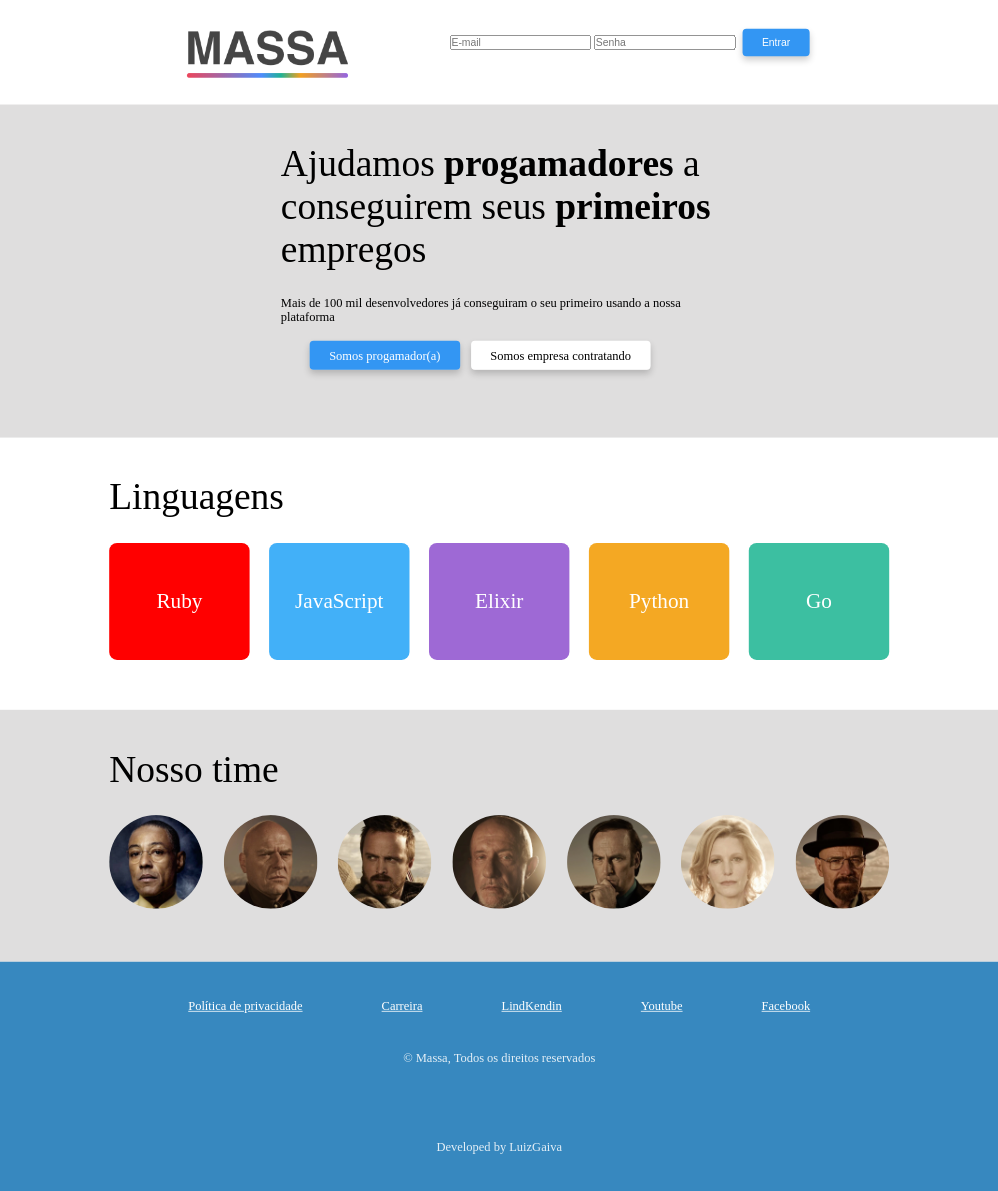
Repository: luizgaivaa/ProjetoSite
Page: index.html
The author's editor kept a copy of each file at every save. The page is drawn from the files as they stood at one save, then again after the next save.
The browser window is 1280 px wide. The pictures show the whole page, at 78% of full size.

Above is the page before, as saved 2024-03-19 15:06:16.

### index.html
<!DOCTYPE html>
<html lang="pt-br">
<head>
    <meta charset="UTF-8">
    <meta name="viewport" content="width=device-width, initial-scale=1.0">
    <title>Massa</title>
    <link rel="icon" href="react-icon.png">
    <link rel="stylesheet" href="style.css">

    <link rel="preconnect" href="https://fonts.googleapis.com">
    <link rel="preconnect" href="https://fonts.gstatic.com" crossorigin>
    <link href="https://fonts.googleapis.com/css2?family=Roboto:ital,wght@0,100;0,300;0,400;0,500;0,700;0,900;1,100;1,300;1,400;1,500;1,700;1,900&display=swap" rel="stylesheet">

</head>
<body>
        <header>

            <div class="container">

                <div class="logo">

                    <img src="imagens/logo.png" alt-="">

                </div>
                <div class="sing-in">
                <form action="#">

                    <input type="email" name="email" id="email" placeholder="E-mail">
                    <input type="password" name="password" id="password" placeholder="Senha">
                    <button type="submit" class="button primary">Entrar</button>

                </form>
                </div>
            </div>

        </header>

    <main>

        <section class="intro gray">

            <div class="container">

                <div class="hero">
                    <h1 class="title">Ajudamos <strong>progamadores</strong> a conseguirem seus <strong>primeiros</strong> empregos</h1>
                    <p>Mais de 100 mil desenvolvedores já conseguiram o seu primeiro usando a nossa plataforma</p>

                    <div class="cta">
                        <a href="https://www.youtube.com/watch?v=u7E6Mn4hLAI" class="button primary">Somos progamador(a)</a>
                        <a href="https://www.youtube.com/watch?v=dQw4w9WgXcQ" class="button second">Somos empresa contratando</a>
                    </div>

                </div>

            </div>

        </section>

        <section class="languages">

            <div class="container">

                <h1 class="title">Linguagens</h1>

                <div class="Card">

                    <div class="card red">Ruby</div>
                    <div class="card blue">JavaScript</div>
                    <div class="card purple">Elixir</div>
                    <div class="card yellow">Python</div>
                    <div class="card green">Go</div>

                </div>

            </div>
        </section>

        <section class="team gray">

            <div class="container">

                <h1 class="title">Nosso time</h1>

                <div class="members">

                    <div class="Gus"><img src="team/gus.jpg" alt=""></div>
                    <div class="Hank"><img src="team/hank.jpg" alt=""></div>
                    <div class="Jesse"><img src="team/jesse.jpg" alt=""></div>
                    <div class="Mike"><img src="team/mike.jpg" alt=""></div>
                    <div class="Saul"><img src="team/saul.jpg" alt=""></div>
                    <div class="Skyler"><img src="team/skyler.jpg" alt=""></div>
                    <div class="walter"><img src="team/walter.jpg" alt=""></div>

                </div>

            </div>

        </section>

    </main>
        <footer>
            <div class="container">
                <ul>

                    <li><a href="https://www.leagueoflegends.com/pt-br/">Política de privacidade</a></li>
                    <li><a href="https://www.google.com/imgres?imgurl=https%3A%2F%2Fimages.contentstack.io%2Fv3%2Fassets%2Fblt731acb42bb3d1659%2Fblte466f329caecef3b%2F60887196f07013101daf0872%2FdevRammus_header.jpg&tbnid=cw0laePT7olaPM&vet=12ahUKEwje2tjspO-EAxUsuZUCHVRWCNwQMygBegQIARBN..i&imgrefurl=https%3A%2F%2Fwww.leagueoflegends.com%2Fpt-br%2Fnews%2Fdev%2Fdev-rammus-de-rift-a-rift%2F&docid=4QQPyuHJoJCulM&w=1920&h=1080&q=rammus%20lol&ved=2ahUKEwje2tjspO-EAxUsuZUCHVRWCNwQMygBegQIARBN">Carreira</a></li>
                    <li><a href="#">LindKendin</a></li>
                    <li><a href="#">Youtube</a></li>
                    <li><a href="#">Facebook</a></li>

                </ul>

                    <p class="copyright">© Massa, Todos os direitos reservados</p>
                    <p class="copyright">Developed by LuizGaiva</p>

            </div>

        </footer>
</body>
</html>

### style.css
/*reset CSS*/

*{
    margin: 0;
    padding: 0;
    box-sizing: 0;
}

body{
    background-color: rgb(255, 255, 255);
}

.roboto-thin {
    font-family: "Roboto", sans-serif;
    font-weight: 100;
    font-style: normal;
  }

  .roboto-light {
    font-family: "Roboto", sans-serif;
    font-weight: 300;
    font-style: normal;
  }

  .roboto-regular {
    font-family: "Roboto", sans-serif;
    font-weight: 400;
    font-style: normal;
  }

  .roboto-medium {
    font-family: "Roboto", sans-serif;
    font-weight: 500;
    font-style: normal;
  }

  .roboto-bold {
    font-family: "Roboto", sans-serif;
    font-weight: 700;
    font-style: normal;
  }

  .roboto-black {
    font-family: "Roboto", sans-serif;
    font-weight: 900;
    font-style: normal;
  }

  .roboto-thin-italic {
    font-family: "Roboto", sans-serif;
    font-weight: 100;
    font-style: italic;
  }

  .roboto-light-italic {
    font-family: "Roboto", sans-serif;
    font-weight: 300;
    font-style: italic;
  }

  .roboto-regular-italic {
    font-family: "Roboto", sans-serif;
    font-weight: 400;
    font-style: italic;
  }

  .roboto-medium-italic {
    font-family: "Roboto", sans-serif;
    font-weight: 500;
    font-style: italic;
  }

  .roboto-bold-italic {
    font-family: "Roboto", sans-serif;
    font-weight: 700;
    font-style: italic;
  }

  .roboto-black-italic {
    font-family: "Roboto", sans-serif;
    font-weight: 900;
    font-style: italic;
  }

   .container {
    width: 1000px;
    margin: auto;
    padding: 0 1rem;

   }
   .hero{
    width: 56%;
    margin: auto;
   }

   .gray {
    background-color:rgb(223, 222, 222)
   }

   .intro_gray {
    background-color:rgb(223, 222, 222)
   }

   .intro p{
    margin: 1rem 0;
    font-size: 1.5 rem;
    font-weight: 100;
   }

   h1 {
    font-size: 3rem;
    font-weight: normal;
   }

   h1.title {
    margin-bottom: 2rem;
    text-align: left;
    /* font-weight: bold; */
   }

   section {
    padding: 3rem 0 4rem 0;
   }

   .intro .cta {
    margin: 2rem;
   }

   .button {
    /*background-color: #3396f3;
    color: white;*/
    padding: 10px 25px;
    text-decoration: none;
    border-radius: 5px;
    margin: 5px;
    box-shadow: 0 5px 10px 0 rgba(0, 0, 0, 0.2);
   }

   .button:hover {
    box-shadow: 0 5px 10px 0 rgba(0, 0, 0, 0.5);
   }


   .primary {
    background-color: #3396f3;
    color: white;
   }

   .second {
    background-color: white;
    color: black;
   }

   .Card {
    display: flex;
    justify-content: space-between;
   }

   .card {
      display: flex;
      flex-direction: column;
      justify-content: center;
      text-align: center;

      width: 18%;
      height: 150px;
      border-radius: 10px;
      color: white;
      font-size: 1.7rem;
    }

   .card.red {
      background-color: red;
   }

   .card.blue {
    background-color: #42b0f8;
   }

   .card.purple {
    background-color: #9e69d5;
   }

   .card.yellow {
    background-color: #f4a823;
   }

   .card.green {
    background-color: #3cbfa1;
   }

   .members {
    display: flex;
    justify-content: space-between;
   }

   .members img {
    width: 120px;
    height: 120px;
    border-radius: 50%;
   }

   footer {
    background-color: #3788bf ;
   }

   footer ul{
    display: flex;
    justify-content: space-evenly;
    padding-top: 3rem;
    list-style-type: none;
   }

   footer a{
    color: white;
   }
   footer p.copyright{
    padding: 3rem 0;
    color: #ffffffdd;
    text-align: center;
   }

   header div{
    display: flex;
    justify-content: space-evenly;
    padding: 2rem;
   }
   .logo img {
    width: 211px;
   }
   .sing-in button{
    border: none;
   }

   input
    [type ="text"]
    [type ="email"]
    [type ="senha"]{
    width: 180px;
    padding: 0.5rem;
    border-radius: 5px ;
    border: 1px solid #ccc;
    }

After the next save:
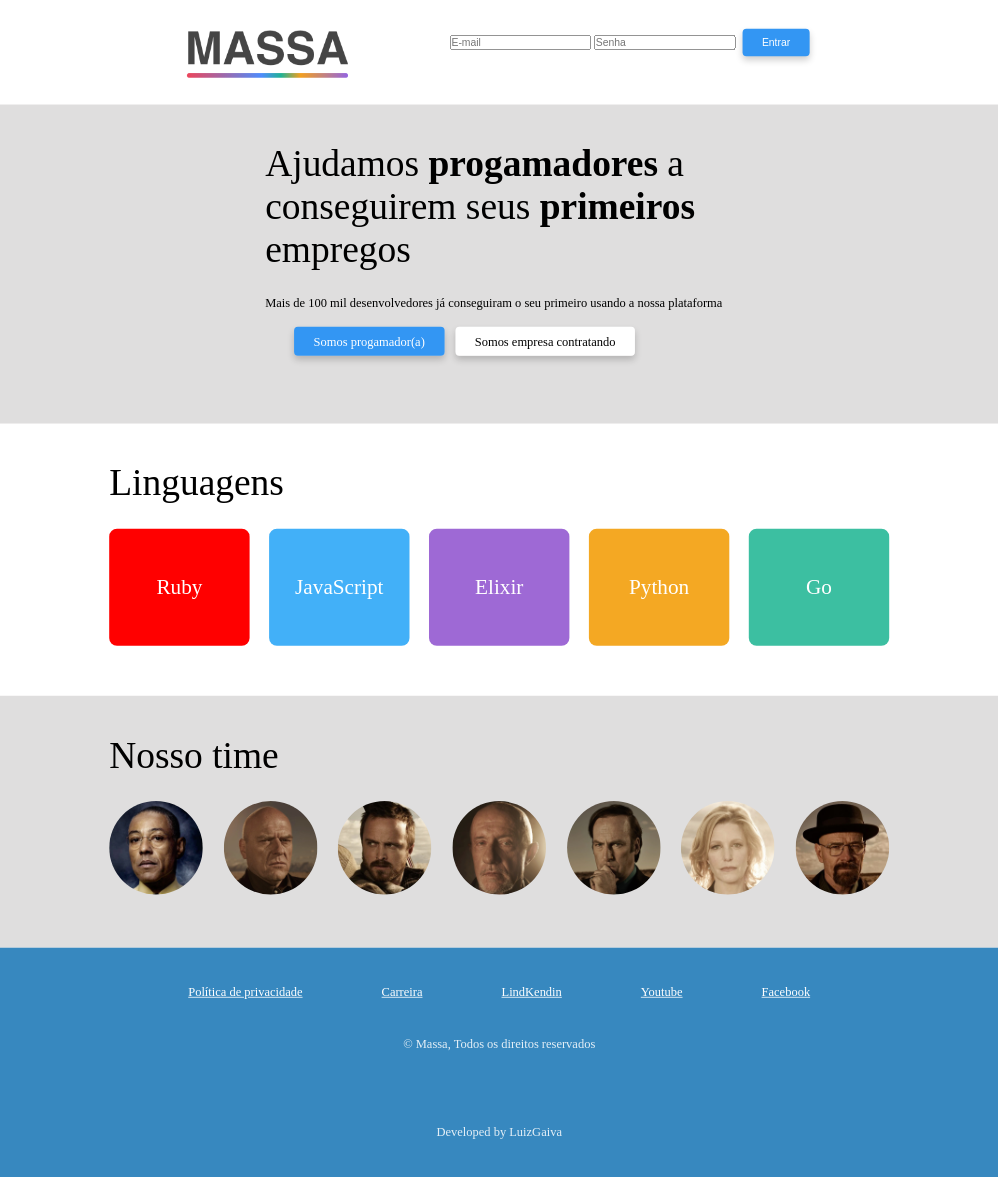
Saved 4 s later.
--- a/style.css
+++ b/style.css
@@ -89,7 +89,7 @@
 
    }
    .hero{
-    width: 56%;
+    width: 60%;
     margin: auto;
    }
 
